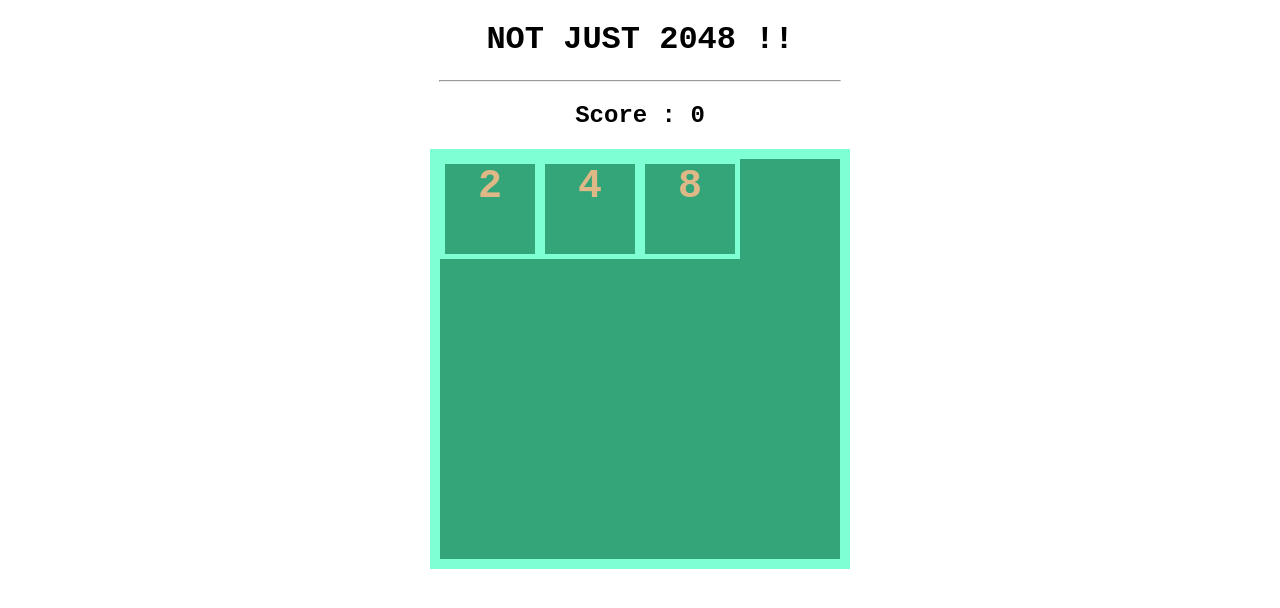
Repository: Prathamyadav1123/2048Game
Page: NotJust2048-main/2048.html
The author's editor kept a copy of each file at every save. The page is drawn from the files as they stood at one save, then again after a run of saves.
The browser window is 1280 px wide. The pictures show the whole page.

Above is the page before, as saved 2023-05-31 19:50:21.

After the next 4 saves:
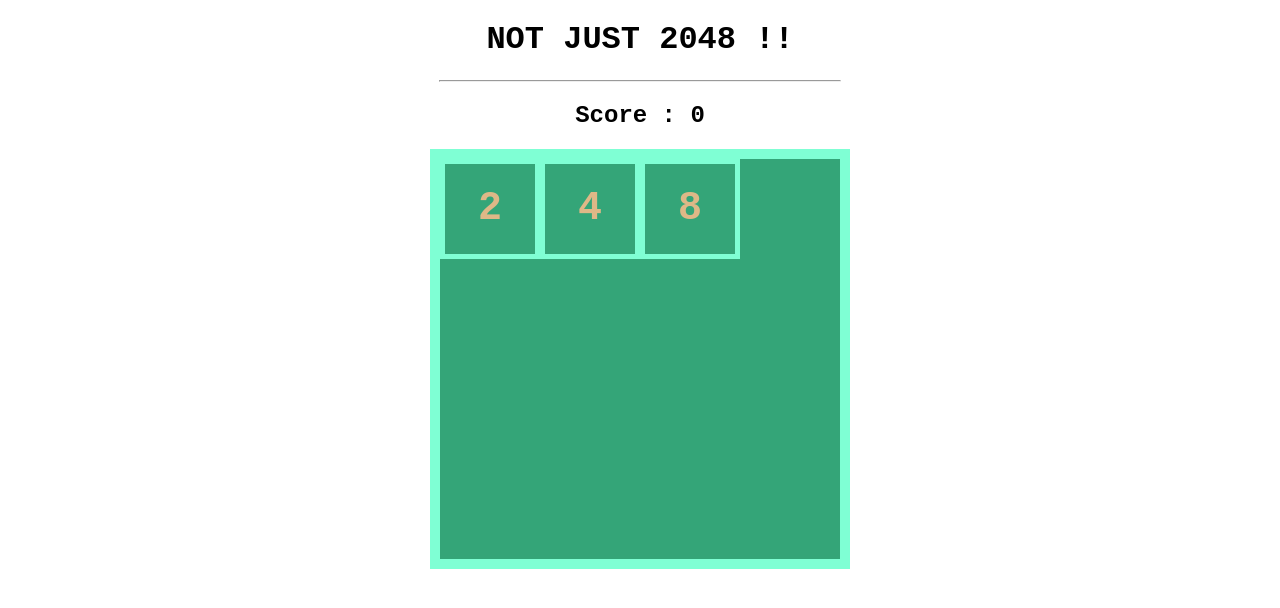
The 4 saves are shown as one change because they came seconds apart.
The last was saved 12 s later.
--- a/NotJust2048-main/2048.css
+++ b/NotJust2048-main/2048.css
@@ -23,6 +23,8 @@ hr{
     font-weight: bold;
     display: flex;
     justify-content: center;
-    align-items: ;
+    align-items: center;
+}
+.x1{
 
 }
